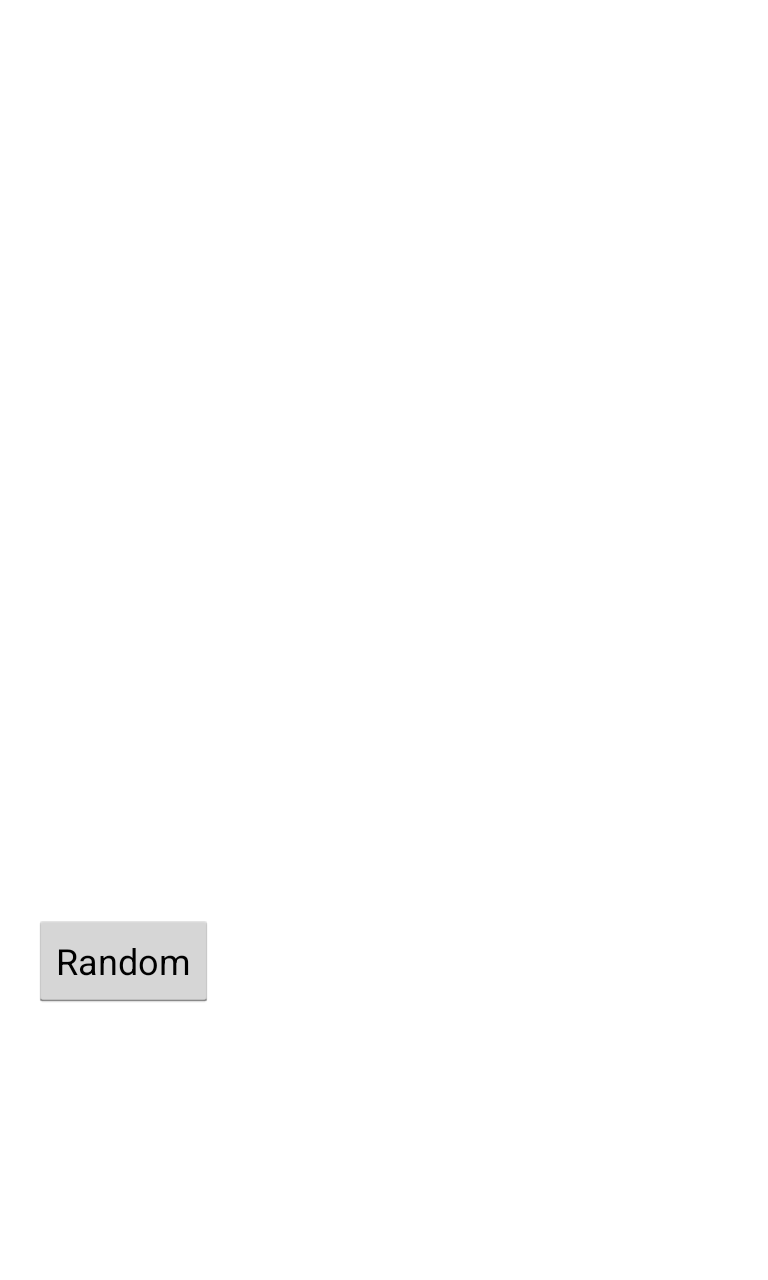
Repository: ek222mw/IDV436_API_Komponent
Layout: Labb1/res/layout/activity_main.xml
An editor plug-in stored every save of this project. The layout is shown before and after the next save, followed by the edit.
It is drawn on a 768 x 1280 px phone screen (xhdpi) without system bars, with theme AppTheme; the app's code is not run.

Above is the layout before, as saved 2014-11-14 10:11:31.

After the next save:
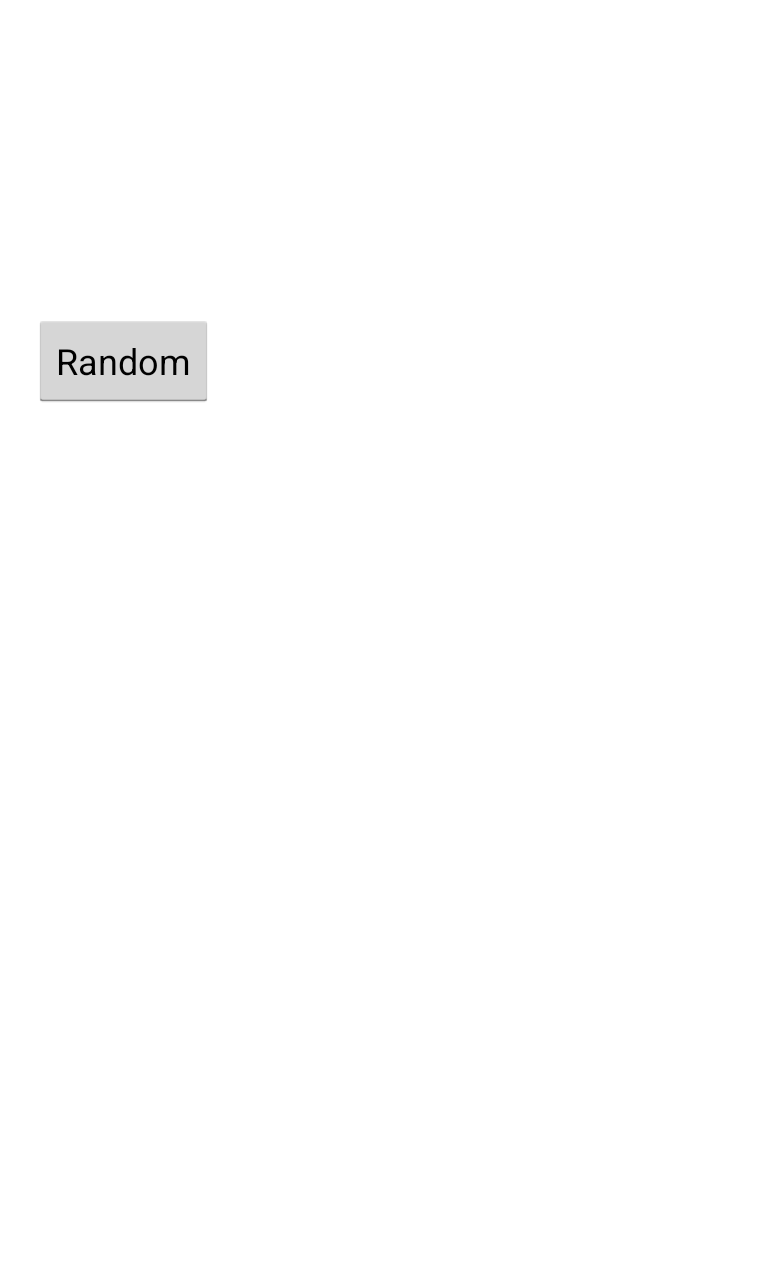
Saved 85 s later.
--- a/Labb1/res/layout/activity_main.xml
+++ b/Labb1/res/layout/activity_main.xml
@@ -26,7 +26,7 @@
         android:layout_height="wrap_content"
         android:text="@string/random"
       	android:layout_gravity="bottom"
-      	android:layout_marginTop="400dp"
+      	android:layout_marginTop="100dp"
         />
 
 
